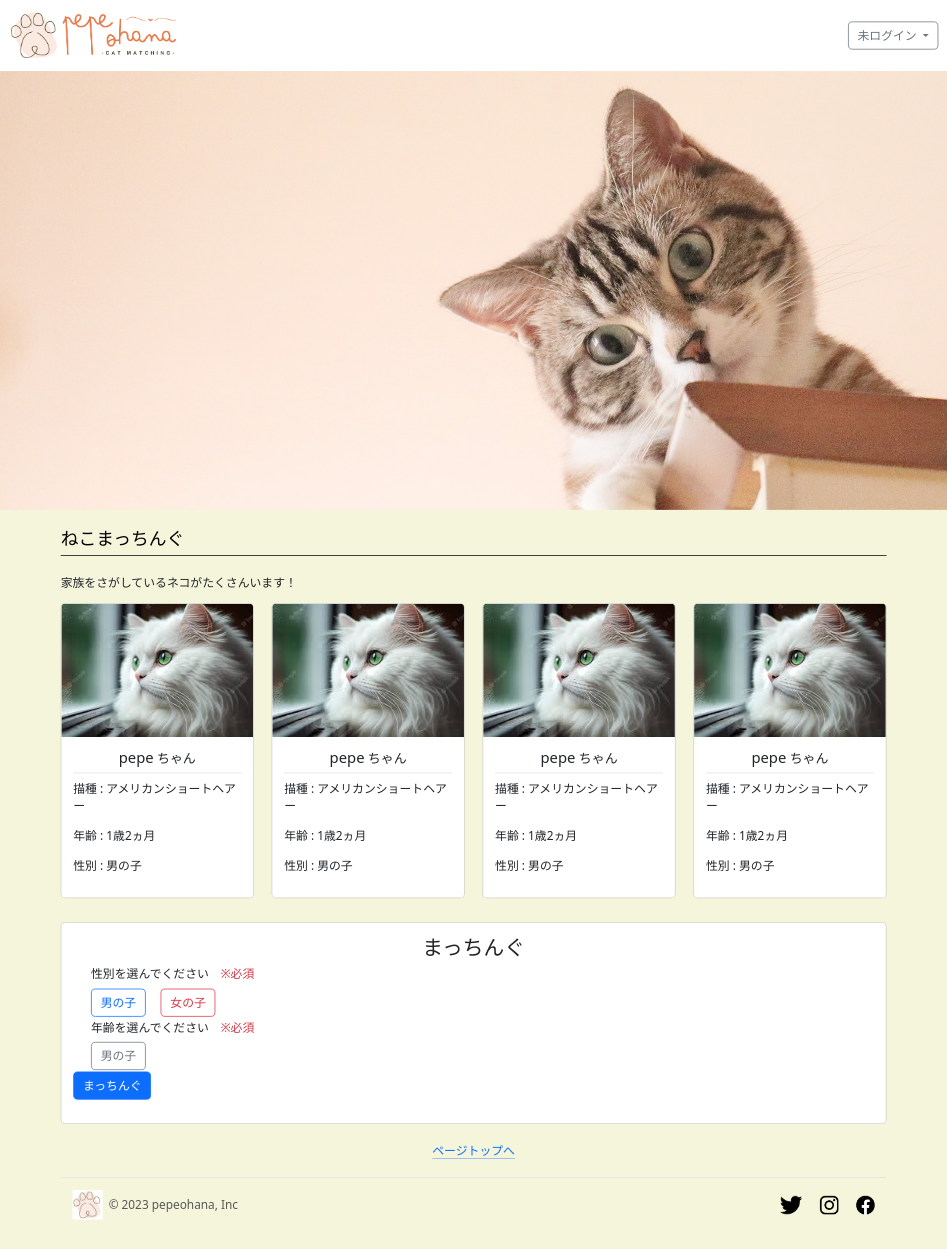
Repository: sakuwell/pepe
Page: http://localhost/PepeOhana/
These files come from the project's save history. The page is drawn as it stood at one moment and after the next save; the edit follows.
The browser window is 1280 px wide. The pictures show the whole page, at 74% of full size.
The page is served by Tomcat 9.

Above is the page before, as saved 2023-09-06 06:22:28.

After the next save:
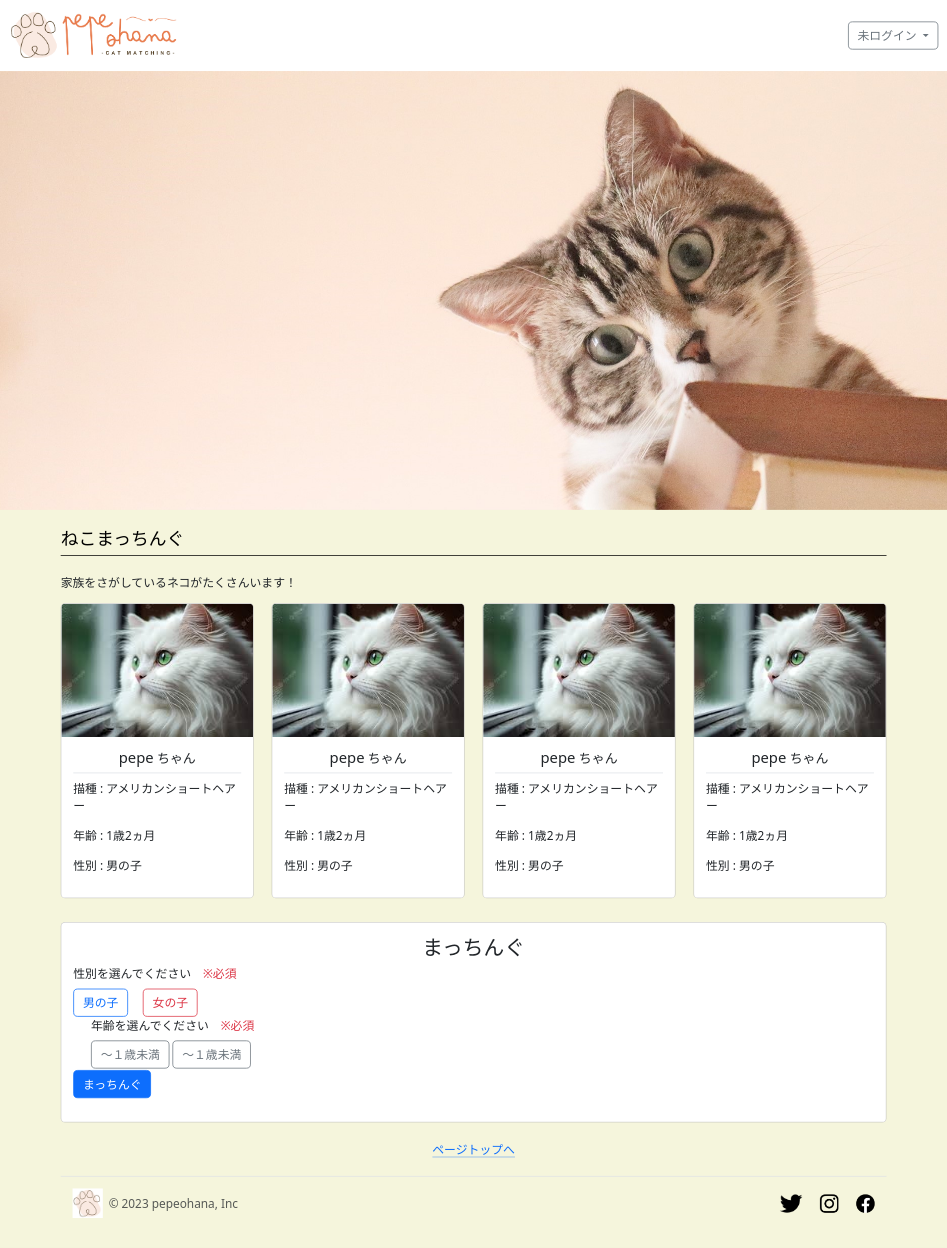
Saved 64 s later.
--- a/ExWorkSpace/PepeOhana/src/main/webapp/index.jsp
+++ b/ExWorkSpace/PepeOhana/src/main/webapp/index.jsp
@@ -146,7 +146,7 @@
         <div class="card mt-3 p-3">
          	<form action="SearchCat">
          		<h3 style="text-align:center;">まっちんぐ</h3>
-         		<div class="form-check">
+         		<div class="gender-check">
 					<label for="exampleInputEmail1" class="form-label">性別を選んでください<span class="text-danger">　※必須</span></label><br>
 	         		<input type="checkbox" class="btn-check" id="btn-check-1" autocomplete="off">
 					<label class="btn btn-outline-primary" for="btn-check-1">男の子</label>
@@ -157,7 +157,9 @@
          		<div class="form-check">
 					<label for="exampleInputEmail1" class="form-label">年齢を選んでください<span class="text-danger">　※必須</span></label><br>
 	         		<input type="checkbox" class="btn-check" id="btn-check-1" autocomplete="off">
-					<label class="btn btn-outline-secondary" for="btn-check-1">男の子</label>
+					<label class="btn btn-outline-secondary" for="btn-check-1">～１歳未満</label>
+	         		<input type="checkbox" class="btn-check" id="btn-check-2" autocomplete="off">
+					<label class="btn btn-outline-secondary" for="btn-check-2">～１歳未満</label>
 				</div>
 				<button type="submit" class="btn btn-primary">まっちんぐ</button>
 			</form>
